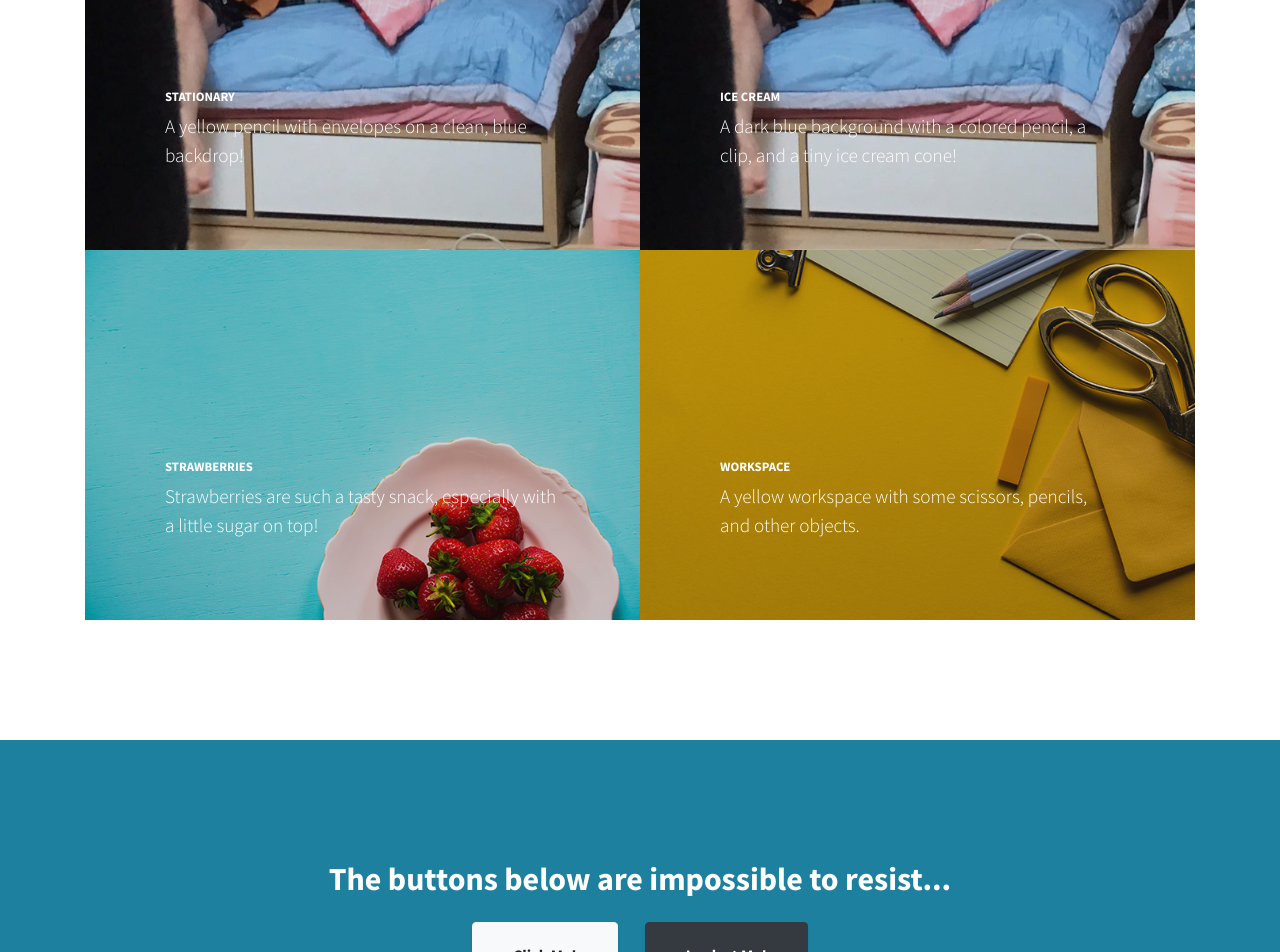
Repository: seungminlll3420/ruby_on_rails
Page: 가족/index.html
The author's editor kept a record of every edit. The page is drawn from the files as they stood at one moment, then again after the next edit.
The browser window is 1280 px wide. The pictures show the part of the page from y = 1455 to 2407 px (the page is 3335 px tall before and 3704 px after).

Above is the page before.

After the next edit:
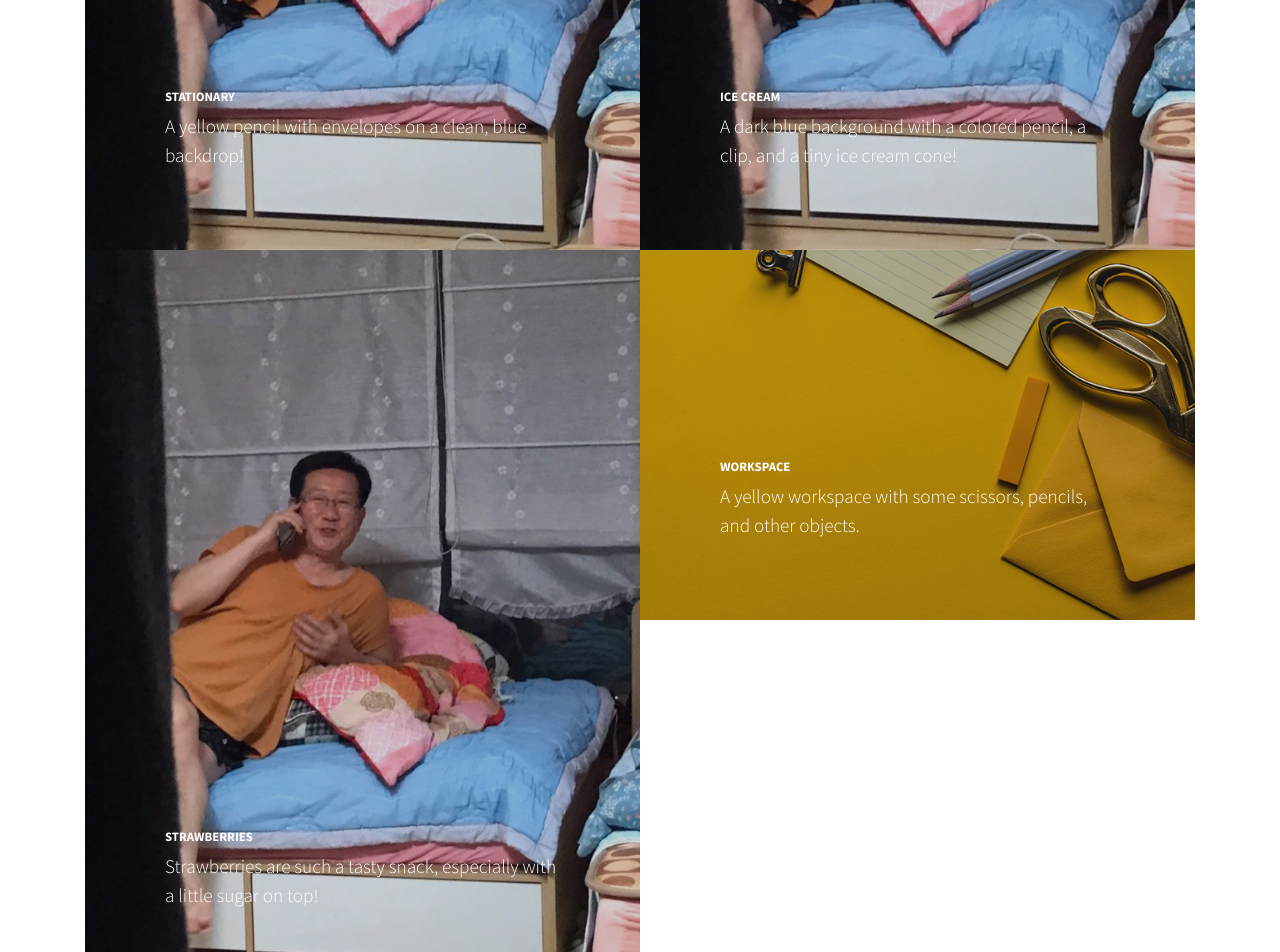
The edit:
--- a/가족/index.html
+++ b/가족/index.html
@@ -111,7 +111,7 @@
                 <p class="mb-0">Strawberries are such a tasty snack, especially with a little sugar on top!</p>
               </span>
             </span>
-            <img class="img-fluid" src="img/portfolio-3.jpg" alt="">
+            <img class="img-fluid" src="./../img/이종호.jpg" alt="">
           </a>
         </div>
         <div class="col-lg-6">
